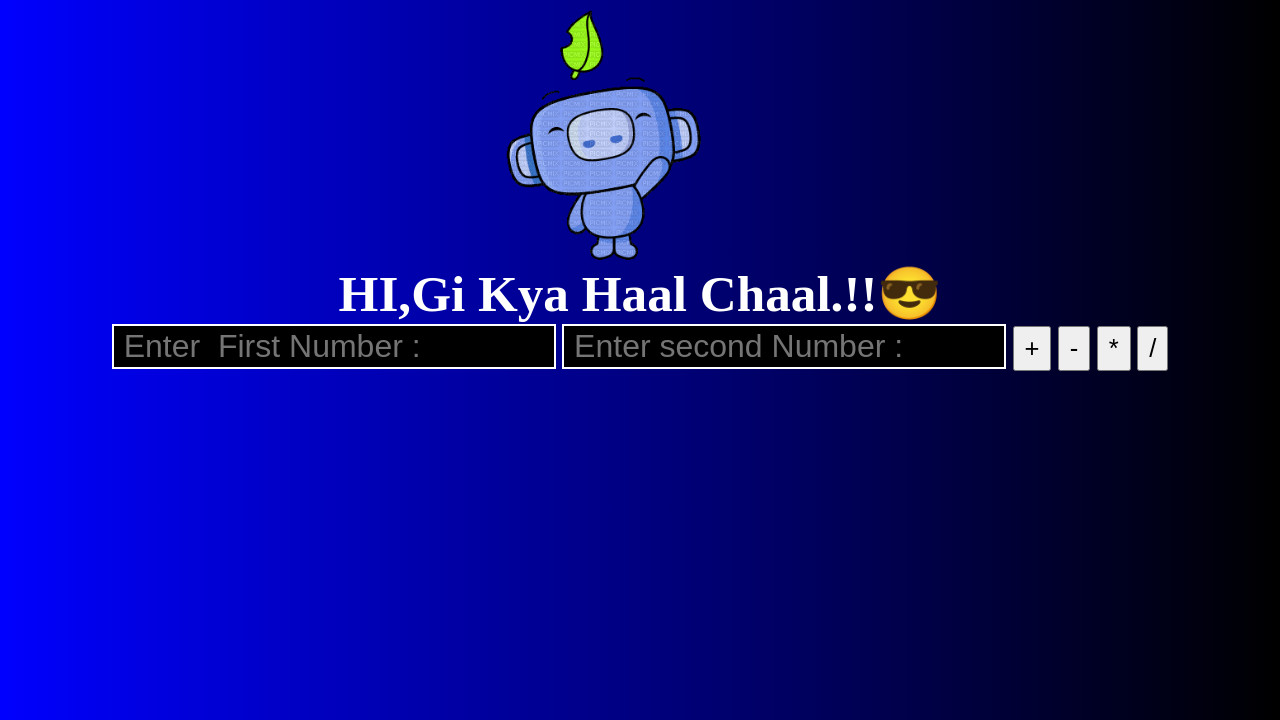
Repository: Deepak-Mane1902/simple-Calculator-using-JSP-Servlet
Page: http://localhost/webProject/NewFile.jsp
These files come from the project's save history. The page is drawn as it stood at one moment and after the next save; the edit follows.
The browser window is 1280 px wide. The pictures show the whole page.
The page is served by Tomcat 9.

Above is the page before, as saved 2024-12-15 08:29:56.

After the next save:
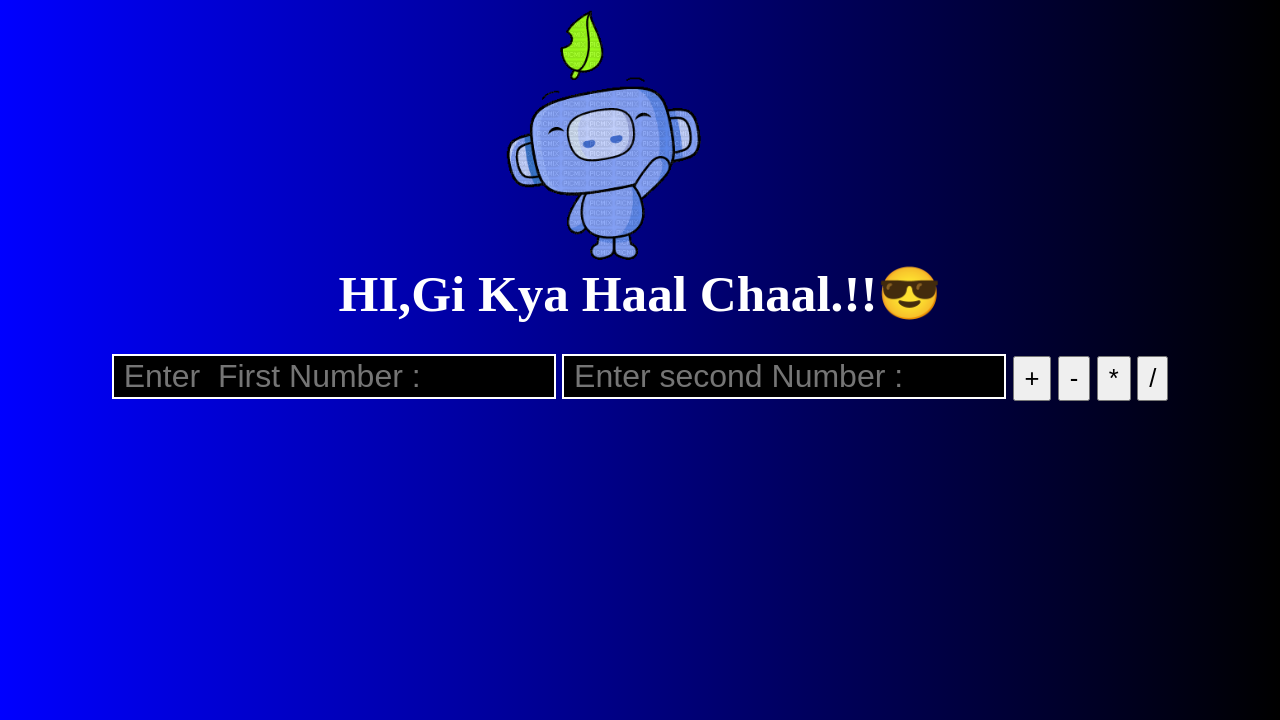
Saved 15 s later.
--- a/webProject/src/main/webapp/NewFile.jsp
+++ b/webProject/src/main/webapp/NewFile.jsp
@@ -10,7 +10,7 @@
 <body>
 <main>
 <img src="images/gip.gif" />
-<h1>HI,Gi Kya Haal Chaal.!!😎</h1>
+<h1>HI,Gi Kya Haal Chaal.!!😎</h1><br>
 <form action="myServlet" method="post">
 <input name="firstNum" type="number" placeholder="Enter  First Number : " required/>
 <input name="secondNum"  placeholder="Enter second Number : " required/>
